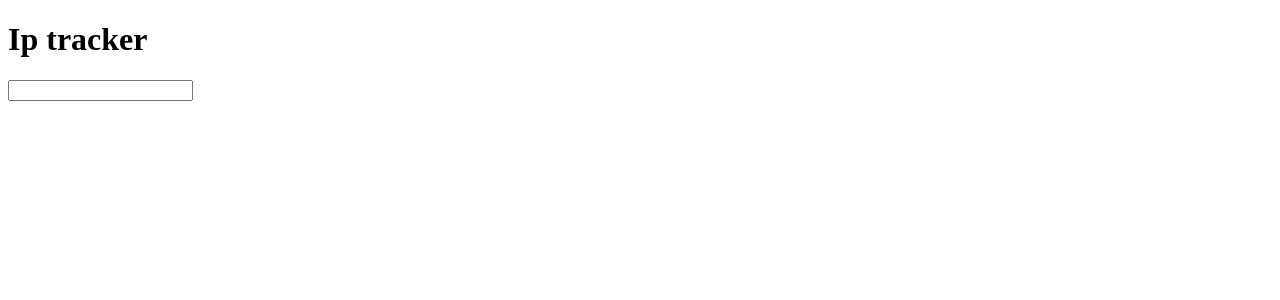
Repository: Mvittorelli/ip-address-tracker
Page: index.html
The author's editor kept a copy of each file at every save. The page is drawn from the files as they stood at one save, then again after a run of saves.
The browser window is 1280 px wide. The pictures show the whole page.

Above is the page before, as saved 2025-04-10 15:16:28.

### index.html
<!DOCTYPE html>
<html lang="en">
    <head>
        <meta charset="UTF-8">
        <meta name="viewport" content="width=device-width, initial-scale=1.0">
        <link rel="stylesheet" href="style.css">
        <title>Ip Tracker</title>
    </head>
    <body>
        <h1>Ip tracker</h1>
        <div  class="search-div">
            <input type="text" id="search">

        </div>
        <script src="script.js"></script>
    </body>
</html>

Loaded but not shown: script.js (no copy from this time; the picture is the same without it); style.css (no copy from this time; the picture is the same without it)

After the next 2 saves:
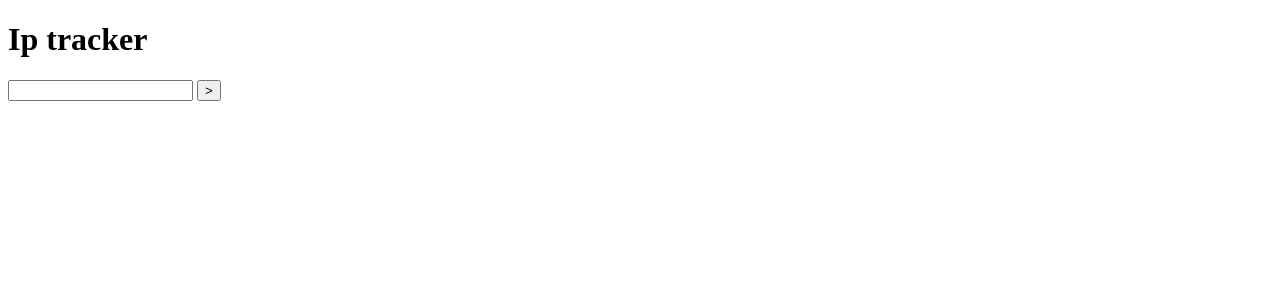
The 2 saves are shown as one change because they came seconds apart.
The last was saved 6 s later.
--- a/index.html
+++ b/index.html
@@ -10,7 +10,7 @@
         <h1>Ip tracker</h1>
         <div  class="search-div">
             <input type="text" id="search">
-
+            <button>></button>
         </div>
         <script src="script.js"></script>
     </body>
